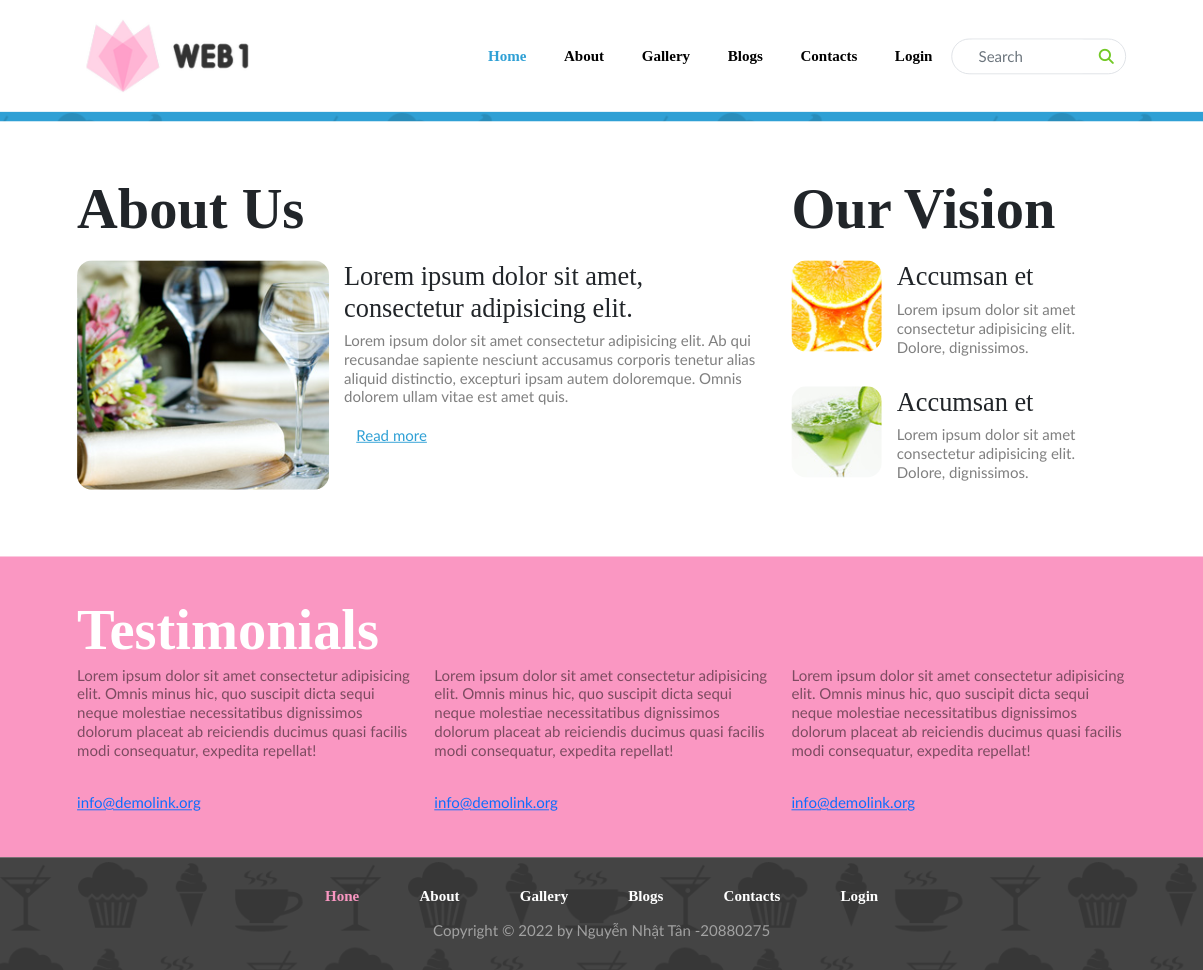
Repository: carembanhkem/web1-20880275
Page: about.html
The author's editor kept a copy of each file at every save. The page is drawn from the files as they stood at one save, then again after a run of saves.
The browser window is 1280 px wide. The pictures show the whole page, at 94% of full size.
Some web fonts or font styles are not loaded; a fallback is used. Some web libraries are served in a nearby version.

Above is the page before, as saved 2023-02-06 11:34:16.
Console error: ReferenceError: bootstrap is not defined

### about.html
<!doctype html>
<html lang="en">

<head>
    <title>20880275 - Web1 Project</title>
    <!-- Required meta tags -->
    <meta charset="utf-8">
    <meta name="viewport" content="width=device-width, initial-scale=1, shrink-to-fit=no">
    <!-- Favicon-->
    <link rel="shortcut icon" href="images/favicon.ico" type="image/x-icon">
    <!-- FontAweSome-->
    <script src="https://kit.fontawesome.com/ee054dad92.js" crossorigin="anonymous"></script>
    <!-- Google Fonts -->
    <link rel="preconnect" href="https://fonts.googleapis.com">
    <link rel="preconnect" href="https://fonts.gstatic.com" crossorigin>
    <link href="https://fonts.googleapis.com/css2?family=Changa+One&display=swap" rel="stylesheet">
    <!-- Bootstrap CSS v5.2.1 -->
    <link href="https://cdn.jsdelivr.net/npm/bootstrap@5.2.1/dist/css/bootstrap.min.css" rel="stylesheet"
        integrity="sha384-iYQeCzEYFbKjA/T2uDLTpkwGzCiq6soy8tYaI1GyVh/UjpbCx/TYkiZhlZB6+fzT" crossorigin="anonymous">
    <link rel="stylesheet" href="css/20880275.css">
</head>

<body>
    <header class="container">
        <nav class="navbar navbar-expand-sm navbar-light">
            <a class="navbar-brand" href="#">
                <img src="images/logo.png" alt="Web1 Logo">
            </a>
            <button class="navbar-toggler d-lg-none" type="button" data-bs-toggle="collapse" data-bs-target="#menu-header" aria-controls="menu-header"
                aria-expanded="false" aria-label="Toggle navigation"></button>
            <div class="collapse navbar-collapse" id="menu-header">
                <ul class="navbar-nav ms-auto mt-2 mt-lg-0">
                    <li class="nav-item">
                        <a class="nav-link active" href="index.html" aria-current="page">Home <span class="visually-hidden">(current)</span></a>
                    </li>
                    <li class="nav-item">
                        <a class="nav-link" href="about.html">About</a>
                    </li>
                    <li class="nav-item">
                        <a class="nav-link" href="gallery.html">Gallery</a>
                    </li>
                    <li class="nav-item">
                        <a class="nav-link" href="blogs.html">Blogs</a>
                    </li>
                    <li class="nav-item">
                        <a class="nav-link" href="contact.html">Contacts</a>
                    </li>
                    <li class="nav-item">
                        <a class="nav-link" href="#" data-bs-toggle="modal" data-bs-target="#modalLogin">Login</a>
                    </li>
                </ul>
                <form class="d-flex my-2 my-lg-0 border rounded-pill" id="formSearch">
                    <input class="form-control border-0 ms-3" type="text" placeholder="Search">
                    <button class="btn my-2 my-sm-0 border-0" type="submit"><i class="fa-solid fa-magnifying-glass"></i></button>
                </form>
            </div>
        </nav>
    </header>

    <section id="banner-small">

    </section>

    <section class="container py-5">
        <div class="row">
            <div class="col-md-8">
                <h1 class="py-3">About Us</h1>
                <div>
                    <img src="images/about-1.jpg" alt="About us" class="float-start rounded-4 me-3">
                    <h3>Lorem ipsum dolor sit amet, consectetur adipisicing elit.</h3>
                    <p class="text-black-50">Lorem ipsum dolor sit amet consectetur adipisicing elit. Ab qui recusandae sapiente nesciunt accusamus corporis tenetur alias aliquid distinctio, excepturi ipsam autem doloremque. Omnis dolorem ullam vitae est amet quis.</p>
                    <a href="#" class="btn btn-link readmore">Read more</a>
                </div>
            </div>
            <div class="col-md-4 col-sm-12">
                <h1 class="py-3">Our Vision</h1>
                <div class="clearfix mb-3">
                    <img src="images/vision/vision-1.jpg" alt="vision1" class="float-start me-3 rounded-4">
                    <h3>Accumsan et</h3>
                    <p class="text-black-50">Lorem ipsum dolor sit amet consectetur adipisicing elit. Dolore, dignissimos.</p>
                </div>
                <div class="clearfix mb-3">
                    <img src="images/vision/vision-2.jpg" alt="vision1" class="float-start me-3 rounded-4">
                    <h3>Accumsan et</h3>
                    <p class="text-black-50">Lorem ipsum dolor sit amet consectetur adipisicing elit. Dolore, dignissimos.</p>
                </div>
            </div>
        </div>
    </section>
    <!-- Testimonials-->
    <section class="container-fluid py-5" id="testimonials">
        <div class="container">
            <h1 class="text-white">Testimonials</h1>
            <div class="row">
                <div class="col">
                    <p class="text-black-50">Lorem ipsum dolor sit amet consectetur adipisicing elit. Omnis minus hic, quo suscipit dicta sequi neque molestiae necessitatibus dignissimos dolorum placeat ab reiciendis ducimus quasi facilis modi consequatur, expedita repellat!</p>
                    <span class="text-white"></span><br>
                    <a href="#">info@demolink.org</a>
                </div>
                <div class="col">
                    <p class="text-black-50">Lorem ipsum dolor sit amet consectetur adipisicing elit. Omnis minus hic, quo suscipit dicta sequi neque molestiae necessitatibus dignissimos dolorum placeat ab reiciendis ducimus quasi facilis modi consequatur, expedita repellat!</p>
                    <span class="text-white"></span><br>
                    <a href="#">info@demolink.org</a>
                </div>
                <div class="col">
                    <p class="text-black-50">Lorem ipsum dolor sit amet consectetur adipisicing elit. Omnis minus hic, quo suscipit dicta sequi neque molestiae necessitatibus dignissimos dolorum placeat ab reiciendis ducimus quasi facilis modi consequatur, expedita repellat!</p>
                    <span class="text-white"></span><br>
                    <a href="#">info@demolink.org</a>
                </div>
            </div>
        </div>
    </section>

    <!-- Footer -->
    <footer class="text-center container-fluid text-white py-3">
        <ul class="nav justify-content-center py-3" id="menu-footer">
            <li class="nav-item">
                <a class="nav-link active" href="#" aria-current="page">Hone</a>
            </li>
            <li class="nav-item">
                <a class="nav-link" href="about.html">About</a>
            </li>
            <li class="nav-item">
                <a class="nav-link" href="gallery.html">Gallery</a>
            </li>
            <li class="nav-item">
                <a class="nav-link" href="blogs.html">Blogs</a>
            </li>
            <li class="nav-item">
                <a class="nav-link" href="contact.html">Contacts</a>
            </li>
            <li class="nav-item">
                <a class="nav-link" href="#" data-bs-toggle="modal" data-bs-target="#modalLogin">Login</a>
            </li>
        </ul>
        <p class="text-white-50">Copyright &copy; 2022 by  Nguyễn Nhật Tân -20880275</p>
    </footer>

    <!-- Modal Body -->
    <!-- if you want to close by clicking outside the modal, delete the last endpoint:data-bs-backdrop and data-bs-keyboard -->
    <div class="modal fade" id="modalLogin" tabindex="-1" data-bs-backdrop="static" data-bs-keyboard="false" role="dialog" aria-labelledby="modalTitleId" aria-hidden="true">
        <div class="modal-dialog modal-dialog-scrollable modal-dialog-centered modal-sm" role="document">
            <div class="modal-content">
                <div class="modal-header">
                    <button type="button" class="btn-close" data-bs-dismiss="modal" aria-label="Close"></button>
                </div>
                <div class="modal-body">
                    <form action="#" method="post" id="formLogin">
                        <h3 class="text-center">Login Form</h3>
                        <div class="mb-3">
                            <input type="text" name="username" id="username" placeholder="Username" class="form-control">
                        </div>
                        <div class="mb-3">
                            <input type="password" name="password" id="password" placeholder="Password" class="form-control">
                        </div>
                        <button type="submit" class="form-control btn">Login</button>
                    </form>
                </div>
                <div class="modal-footer">

                </div>
            </div>
        </div>
    </div>


    <!-- Optional: Place to the bottom of scripts -->
    <script>
        const myModal = new bootstrap.Modal(document.getElementById('modalLogin'), options)

    </script>

    <!-- Boostrap JavaScript Libraries -->
    <script src="https://cdn.jsdelivr.net/npm/@popperjs/core@2.11.6/dist/umd/popper.min.js"
        integrity="sha384-oBqDVmMz9ATKxIep9tiCxS/Z9fNfEXiDAYTujMAeBAsjFuCZSmKbSSUnQlmh/jp3" crossorigin="anonymous">
    </script>

    <script src="https://cdn.jsdelivr.net/npm/bootstrap@5.2.1/dist/js/bootstrap.min.js"
        integrity="sha384-7VPbUDkoPSGFnVtYi0QogXtr74QeVeeIs99Qfg5YCF+TidwNdjvaKZX19NZ/e6oz" crossorigin="anonymous">
    </script>
</body>

</html>

### css/20880275.css
:root {
    --web1-pink: #FA97C2;
    --web1-blue: #2FA0D5;
    --web1-green: #73C926;
}

body {
    font-family: 'Trebuchet MS', Arial, Helvetica, sans-serif;
    font-size: 16px;
    line-height: 20px;
}

h1, h2, h3, h4 {
    font-family: 'Changa One', cursive;
    font-weight: 400;
}

h1 {
    font-size: 60px;
    line-height: 60px;
    font-weight: 900;
}

/* Header */
#menu-header a {
    display: block;
    padding: 0 1.25rem;
    font-weight: bold;
    color: black;
    font-family: 'Changa One', cursive;
}
#menu-header a.active {
    color: var(--web1-blue);
}

#formSearch input {
    width: 8rem;
}

#formSearch i {
    color: var(--web1-green);
}

/* Banner */
#banner {
    background-image: url('../images/bg-banner.gif');
}

#banner > div {
    background: url('../images/logo_bg.png') left top no-repeat, url('../images/search_bg.png') right top no-repeat;
    padding: 5rem 0  3rem 0;
}

#banner a {
    background-color: var(--web1-pink);
    font-family: 'Changa One', cursive;
    font-size: 2rem;
}

#banner .carousel-item {
    min-height: 15rem; /*Do chieu cao khong co dinh nen minheight bang cai lon nhat de ko bi xe dich*/
}

#banner .carousel-indicators li {
    width: 1.2rem;
    height: 1.2rem;
    border-radius: 1.2rem; /* de no thanh hinh tron*/
    border: none; /* de no thanh hinh tron vi width = height = border radius*/
    margin: 0 0.25rem;
    position: relative;
}

#banner .carousel-indicators li span {
    position: absolute;
    top: 0.3rem;
    left: 0.3rem;
    width: 0.6rem;
    height: 0.6rem;
    border-radius: 0.6rem;
    border: none;
    text-align:left;
    text-indent: -9999px;
}

#banner .carousel-indicators li.active span{
    background-color: var(--web1-green);
}

/* banner small */
#banner-small {
    background-image: url(../images/bg-banner.gif);
    padding: 5px;
}

/* products */
.readmore {
    color: var(--web1-blue);
    margin-top: -4px;
}

.web1-text-blue {
    color: var(--web1-blue);
}

/* about us */
#aboutus {
    background-color: var(--web1-pink);
}
/* Testimonials */
#testimonials {
    background-color: var(--web1-pink);
}
#testimonials .col {
    background;
}

#formSignUp {
    border-style: dashed !important;
    border-color: rgba(0,0,0,0.5) !important;
}

/* news */
#news .date {
    background-color: var(--web1-green);
    width: 6rem;
    padding: 1.5rem;
}

/* Footer*/
footer {
    background-image: url('../images/bg-footer.gif');
}

#menu-footer a {
    color: white;
    font-weight: bold;
    font-family: 'Changa One', cursive;
    display: block;
    padding: 0 2rem;
}

#menu-footer a.active {
    color: var(--web1-pink);
}

/* Modal Login*/
#formLogin button[type="submit"]{
    background-color: var(--web1-blue);
    color: white;
}

After the next 8 saves:
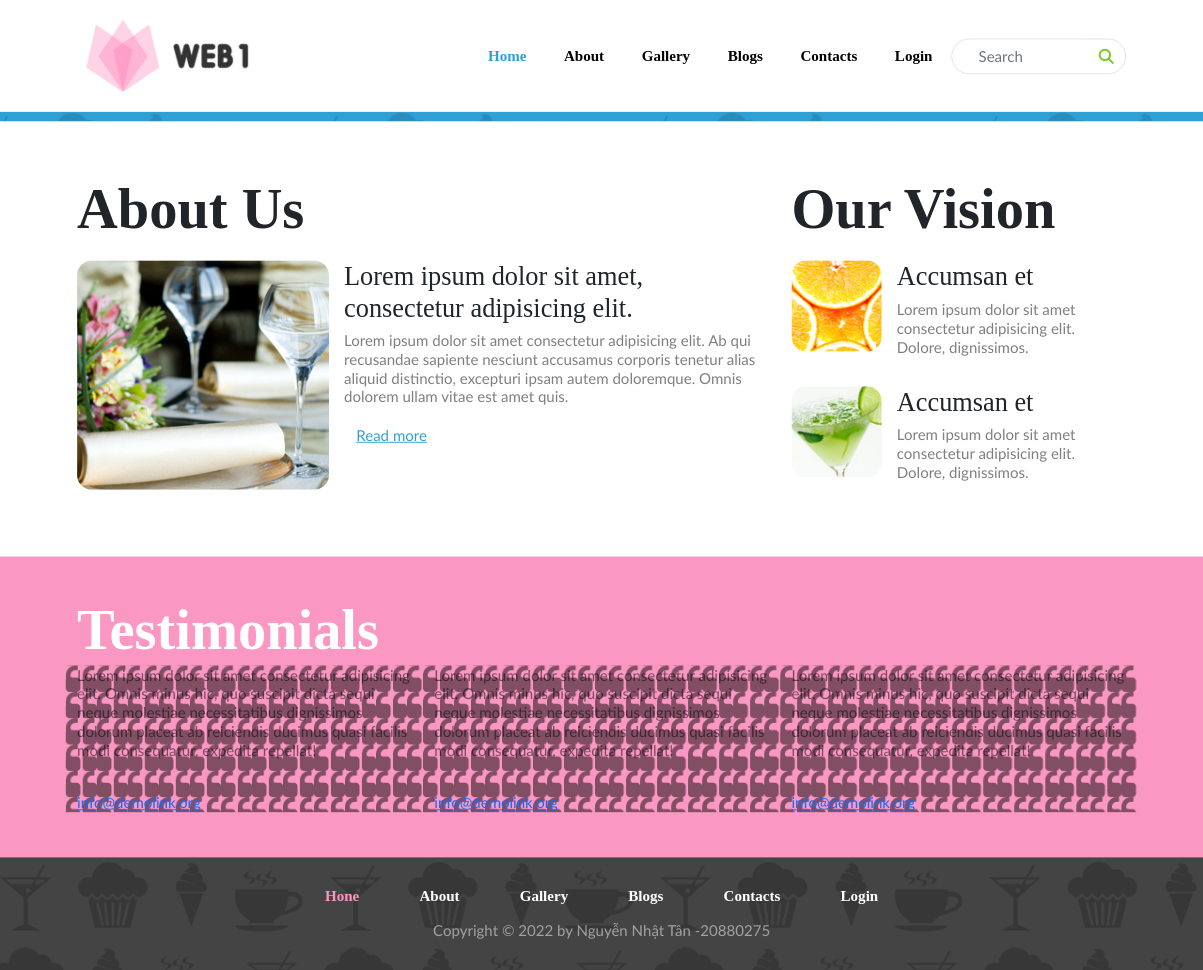
The 8 saves are shown as one change because they came seconds apart.
The last was saved 21 s later.
--- a/css/20880275.css
+++ b/css/20880275.css
@@ -111,7 +111,7 @@ h1 {
     background-color: var(--web1-pink);
 }
 #testimonials .col {
-    background;
+    background: url("../images/quot.png");
 }
 
 #formSignUp {
